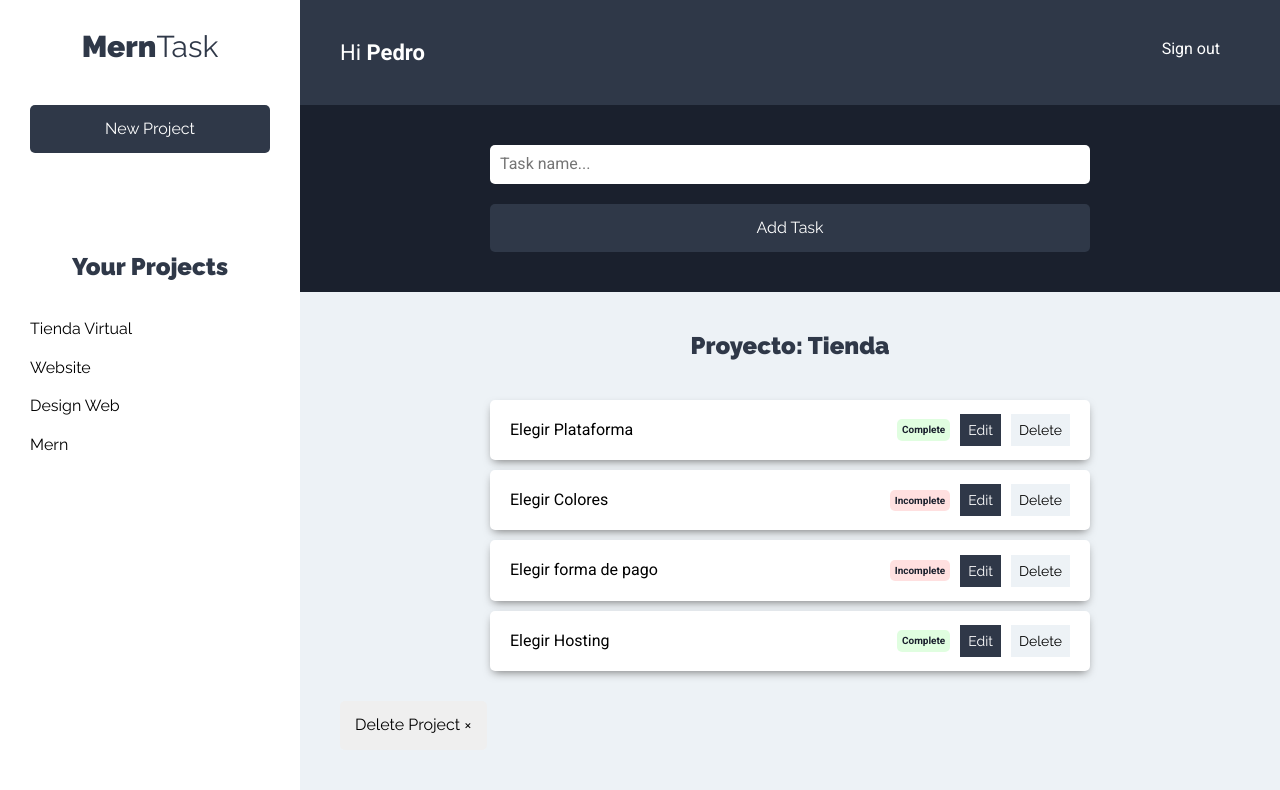
Repository: ppfeliuu/MERN-Task-Client
Page: /projects
These files come from the project's save history. The page is drawn as it stood at one moment and after the next save; the edit follows.
The browser window is 1280 px wide. The pictures show the whole page.
The project was rebuilt for these pictures with package versions that can differ from the ones it lists, and the page was loaded fresh each time. Also part of the build but not shown: src/components/auth/Login.js, src/components/auth/NewAccount.js. Imported but missing from the stored project, and not drawn on this page: src/types.

Above is the page before, as saved 2020-02-20 20:24:19.

### src/App.js
import React from "react";
import { BrowserRouter as Router, Switch, Route } from "react-router-dom";
import Login from "./components/auth/Login";
import NewAccount from "./components/auth/NewAccount";
import Projects from "./components/projects/Projects";

import ProjectState from "./context/projects/projectState";

function App() {
  return (
    <ProjectState>
      <Router>
        <Switch>
          <Route exact path="/" component={Login} />
          <Route exact path="/new-account" component={NewAccount} />
          <Route exact path="/projects" component={Projects} />
        </Switch>
      </Router>
    </ProjectState>
  );
}

export default App;

### src/components/projects/Projects.js
import React from "react";
import Sidebar from "../layout/Sidebar";
import Bar from "../layout/Bar";
import FormTask from "../task/FormTask";
import ListTasks from "../task/ListTasks";

const Projects = () => {
  return (
    <div className="contenedor-app">
      <Sidebar />

      <div className="seccion-principal">
        <Bar />
        <main>
          <FormTask />
          <div className="contenedor-tareas">
            <ListTasks />
          </div>
        </main>
      </div>
    </div>
  );
};

export default Projects;

### src/context/projects/projectState.js
import React, { useReducer } from "react";
import uuid from "uuid";
import projectContext from "./projectContext";
import projectReducer from "./projectReducer";
import {
  FORM_PROJECT,
  GET_PROJECTS,
  ADD_PROJECT,
  VALIDATE_FORM,
  CURRENT_PROJECT
} from "../../types";

const ProjectState = props => {
  const projects = [
    { id: 1, name: "Tienda Virtual" },
    { id: 2, name: "Website" },
    { id: 3, name: "Design Web" },
    { id: 4, name: "Mern" }
  ];

  const initialState = {
    form: false,
    projects: [],
    errorform: false,
    currentproject: null
  };

  //Dispatch for actions
  const [state, dispatch] = useReducer(projectReducer, initialState);

  //Functions for crud project
  const showForm = () => {
    dispatch({
      type: FORM_PROJECT
    });
  };

  //Get projects
  const getProjects = () => {
    dispatch({
      type: GET_PROJECTS,
      payload: projects
    });
  };

  //add new project
  const addProject = project => {
    project.id = uuid.v4();

    // console.log(project)
    //Add project into state using dispatch
    dispatch({
      type: ADD_PROJECT,
      payload: project
    });
  };

  //Validate Form New Project
  const showError = () => {
    dispatch({ type: VALIDATE_FORM });
  };

  //Select to set project selected
  const projectSelected = currentprojectId => {
    dispatch({
      type: CURRENT_PROJECT,
      payload: currentprojectId
    })
  }

  return (
    <projectContext.Provider
      value={{
        form: state.form,
        projects: state.projects,
        errorform: state.errorform,
        currentproject: state.currentproject,
        showForm,
        getProjects,
        addProject,
        showError,
        projectSelected
      }}
    >
      {props.children}
    </projectContext.Provider>
  );
};

export default ProjectState;

### src/components/layout/Sidebar.js
import React from 'react';
import NewProject from '../projects/NewProject';
import ListProjects from '../projects/ListProjects';

const Sidebar = () => {
    return (
        <aside>
            <h1>Mern<span>Task</span></h1>
            <NewProject />

            <div className="proyectos">
                <h2>Your Projects</h2>

                <ListProjects />
            </div>
        </aside>
    )
}

export default Sidebar

### src/components/layout/Bar.js
import React from 'react'

const Bar = () => {
    return (
        <div>
          <header className="app-header">
              <p className="nombre-usuario">Hi <span>Pedro</span></p>

              <nav className="nav-principal">
                  <a href="#!">Sign out</a>
              </nav>
              </header>
        </div>
    )
}

export default Bar

### src/components/task/FormTask.js
import React from 'react'

const FormTask = () => {
    return (
        <div className="formulario">
            <form>
                <div className="contenedor-input">
                    <input type="text"
                    className="input-text"
                    placeholder="Task name..."
                    name="nameTask"
                    />
                </div>

                <div className="contenedor-input">
                    <input type="submit"
                    className="btn btn-primario btn-submit btn-block"
                    value="Add Task"
                    />
                </div>
            </form>
        </div>
    )
}

export default FormTask

### src/components/task/ListTasks.js
import React from "react";
import Task from "./Task";

const ListTasks = () => {
  const task = [
    {
      name: "Elegir Plataforma",
      estado: true
    },
    {
      name: "Elegir Colores",
      estado: false
    },
    {
      name: "Elegir forma de pago",
      estado: false
    },
    {
      name: "Elegir Hosting",
      estado: true
    }
  ];

  return (
    <>
      <h2>Proyecto: Tienda</h2>

      <ul className="listado-tareas">
        {task.length === 0 ? (
          <li className="tarea">
            <p>No Tasks</p>
          </li>
        ) : (
          task.map(t => <Task task={t} />)
        )}
      </ul>
      <button type="button" className="btn btn-eliminar">
        Delete Project &times;
      </button>
    </>
  );
};

export default ListTasks;

### src/context/projects/projectContext.js
import { createContext } from 'react';

const projectContext = createContext();

export default projectContext;

### src/context/projects/projectReducer.js
import {
  FORM_PROJECT,
  GET_PROJECTS,
  ADD_PROJECT,
  VALIDATE_FORM,
  CURRENT_PROJECT
} from "../../types";

export default (state, action) => {
  switch (action.type) {
    case FORM_PROJECT:
      return {
        ...state,
        form: true
      };
    case GET_PROJECTS:
      return {
        ...state,
        projects: action.payload
      };
    case ADD_PROJECT:
      return {
        ...state,
        projects: [...state.projects, action.payload],
        form: false,
        errorform: false
      };
    case VALIDATE_FORM:
      return {
        ...state,
        errorform: true
      };
    case CURRENT_PROJECT:
      return {
        ...state,
        currentproject: state.projects.filter(p => p.id === action.payload)
      };
    default:
      return state;
  }
};

### src/components/projects/NewProject.js
import React, { Fragment, useState, useContext } from "react";
import projectContext from "../../context/projects/projectContext";

const NewProject = () => {
  //Get State from Form
  const projectsContext = useContext(projectContext);
  const { form, errorform, showForm, addProject, showError } = projectsContext;

  // State for project
  const [project, setProject] = useState({
    name: ""
  });

  const { name } = project;

  const onChangeProject = e => {
    setProject({
      ...project,
      [e.target.name]: e.target.value
    });
  };

  const onSubmitProject = e => {
    e.preventDefault();

    //valid project
    if (name === "") {
      showError();
      return;
    }

    // add state
    addProject(project);

    //reset form
    setProject({
      name: ""
    });
  };

  const onClickShowForm = () => {
    showForm();
  };

  return (
    <Fragment>
      <button
        type="button"
        className="btn btn-block btn-primario"
        onClick={onClickShowForm}
      >
        New Project
      </button>

      {form ? (
        <form className="formulario-nuevo-proyecto" onSubmit={onSubmitProject}>
          <input
            type="text"
            className="input-text"
            placeholder="Project Name"
            name="name"
            value={name}
            onChange={onChangeProject}
          />
          <input
            type="submit"
            className="btn btn-block btn-primario"
            value="Add Project"
          />
        </form>
      ) : null}
      {errorform ? (
        <p className="mensaje error">Project name is mandatory</p>
      ) : null}
    </Fragment>
  );
};

export default NewProject;

### src/components/projects/ListProjects.js
import React, { useContext, useEffect } from "react";
import Project from "./Project";
import projectContext from "../../context/projects/projectContext";

const ListProjects = () => {

  //Get projects from State
  const projectsContext = useContext(projectContext);
  const { projects, getProjects } = projectsContext;

  useEffect(() => {
    getProjects();
  }, [])

  //if project have items
  if(projects.length === 0) return null;



  return (
    <ul className="listado-proyectos">
      {projects.map(project => (
        <Project key={project.id} project={project} />
      ))}
    </ul>
  );
};

export default ListProjects;

### src/components/task/Task.js
import React from "react";

const Task = ({ task }) => {
  return (
    <li className="tarea sombra">
      <p>{task.name}</p>

      <div className="estado">
        {task.estado ? (
          <button type="button" className="completo">
            Complete
          </button>
        ) : (
            <button type="button" className="incompleto">
            Incomplete
          </button>
        )}
      </div>

      <div className="acciones">
          <button type="button" className="btn btn-primario">Edit</button>
          <button type="button" className="btn btn-secundario">Delete</button>
      </div>
    </li>
  );
};

export default Task;

### src/components/projects/Project.js
import React, { useContext } from "react";
import projectContext from "../../context/projects/projectContext";

const Project = ({ project }) => {
  const projectsContext = useContext(projectContext);
  const { projectSelected } = projectsContext;

  return (
    <li>
      <button type="button" className="btn btn-blank" onClick={() => projectSelected(project.id)}>
        {project.name}
      </button>
    </li>
  );
};

export default Project;

Loaded but not shown: public/index.html (common file); src/index.js (common file); src/index.css (common file); src/serviceWorker.js (common file)

After the next save:
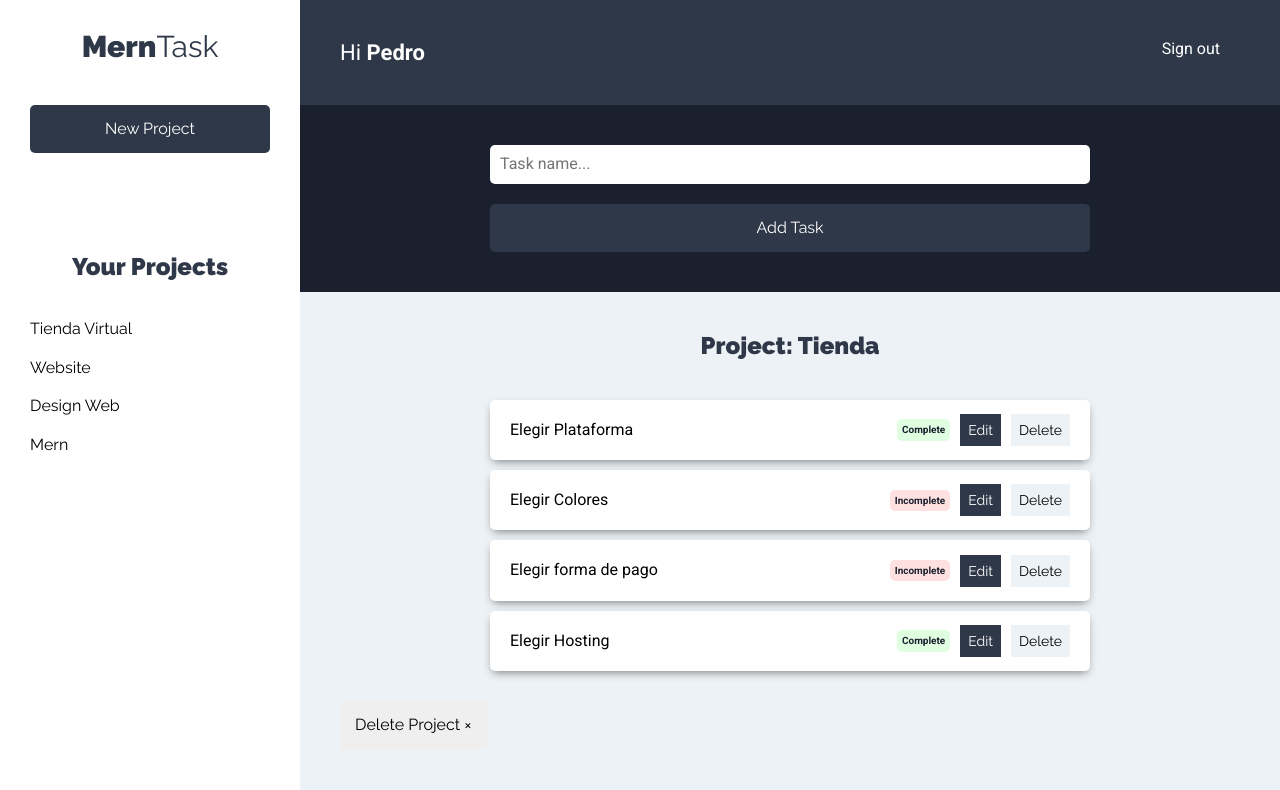
Saved 2 min 40 s later.
--- a/src/components/task/ListTasks.js
+++ b/src/components/task/ListTasks.js
@@ -23,7 +23,7 @@ const ListTasks = () => {
 
   return (
     <>
-      <h2>Proyecto: Tienda</h2>
+      <h2>Project: Tienda</h2>
 
       <ul className="listado-tareas">
         {task.length === 0 ? (
